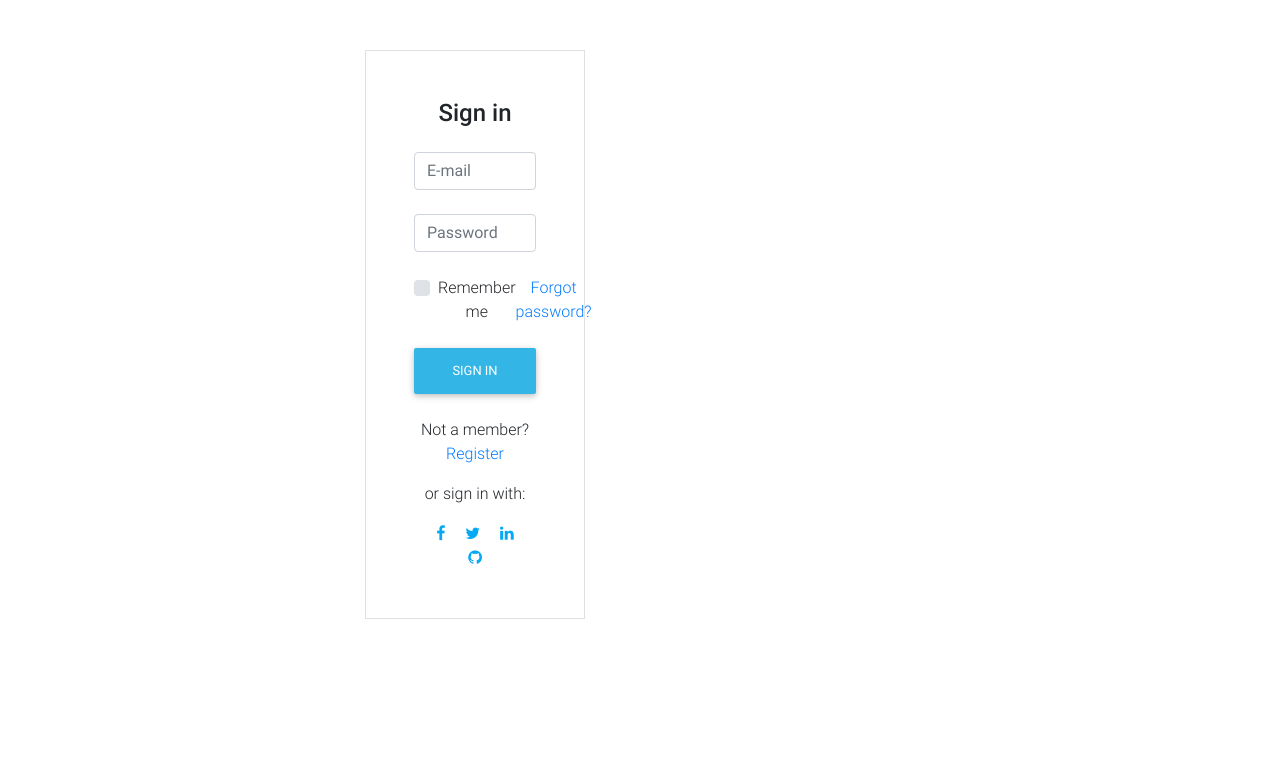
Repository: KJSCEhack/KJSCE_Vanquishers
Page: login_page.html
These files come from the project's save history. The page is drawn as it stood at one moment and after the next save; the edit follows.
The browser window is 1280 px wide. The pictures show the whole page.

Above is the page before, as saved 2018-10-06 04:11:32.

### login_page.html

<!DOCTYPE HTML>
<html>

<head>
    <!-- Font Awesome -->
    <link rel="stylesheet" href="https://maxcdn.bootstrapcdn.com/font-awesome/4.7.0/css/font-awesome.min.css">
    <!-- Bootstrap core CSS -->
    <link href="css/bootstrap.min.css" rel="stylesheet">
    <!-- Material Design Bootstrap -->
    <link href="css/mdb.min.css" rel="stylesheet">
    <!-- Your custom styles (optional) -->
    <link href="css/style.min.css" rel="stylesheet">
</head>
<body>
    <div class="col-md-6" style="margin-left:350px; margin-top:50px; width:250px";>
    <!-- Default form login -->
<form class="text-center border border-light p-5">

    <p class="h4 mb-4">Sign in</p>

    <!-- Email -->
    <input type="email" id="defaultLoginFormEmail" class="form-control mb-4" placeholder="E-mail">

    <!-- Password -->
    <input type="password" id="defaultLoginFormPassword" class="form-control mb-4" placeholder="Password">

    <div class="d-flex justify-content-around">
        <div>
            <!-- Remember me -->
            <div class="custom-control custom-checkbox">
                <input type="checkbox" class="custom-control-input" id="defaultLoginFormRemember">
                <label class="custom-control-label" for="defaultLoginFormRemember">Remember me</label>
            </div>
        </div>
        <div>
            <!-- Forgot password -->
            <a href="">Forgot password?</a>
        </div>
    </div>

    <!-- Sign in button -->
    <button class="btn btn-info btn-block my-4" type="submit">Sign in</button>

    <!-- Register -->
    <p>Not a member?
        <a href="">Register</a>
    </p>

    <!-- Social login -->
    <p>or sign in with:</p>

    <a type="button" class="light-blue-text mx-2">
        <i class="fa fa-facebook"></i>
    </a>
    <a type="button" class="light-blue-text mx-2">
        <i class="fa fa-twitter"></i>
    </a>
    <a type="button" class="light-blue-text mx-2">
        <i class="fa fa-linkedin"></i>
    </a>
    <a type="button" class="light-blue-text mx-2">
        <i class="fa fa-github"></i>
    </a>

</form>
</div>
<!-- Default form login -->
</body>
</html>

Loaded but not shown: css/bootstrap.min.css (library); css/mdb.min.css (library); css/style.min.css (common file)

After the next save:
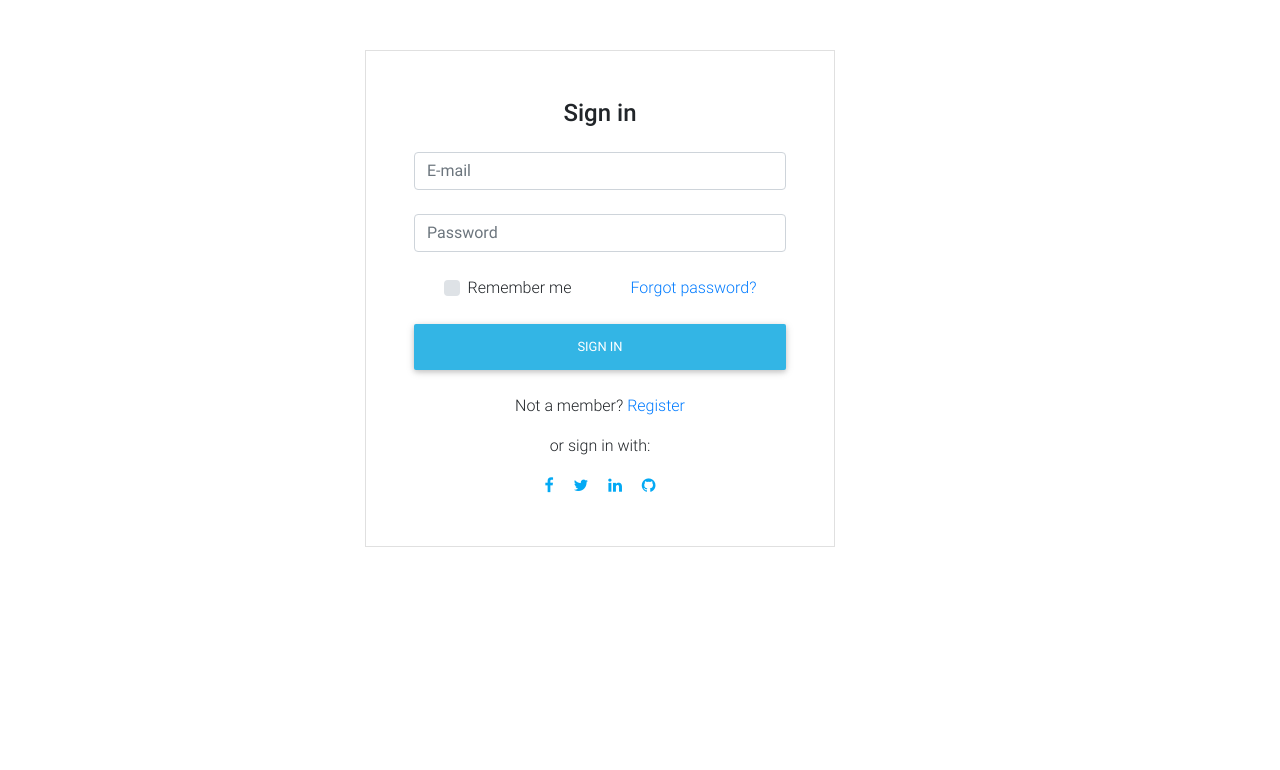
Saved 8 s later.
--- a/login_page.html
+++ b/login_page.html
@@ -13,7 +13,7 @@
     <link href="css/style.min.css" rel="stylesheet">
 </head>
 <body>
-    <div class="col-md-6" style="margin-left:350px; margin-top:50px; width:250px";>
+    <div class="col-md-6" style="margin-left:350px; margin-top:50px; width:500px";>
     <!-- Default form login -->
 <form class="text-center border border-light p-5">
 
